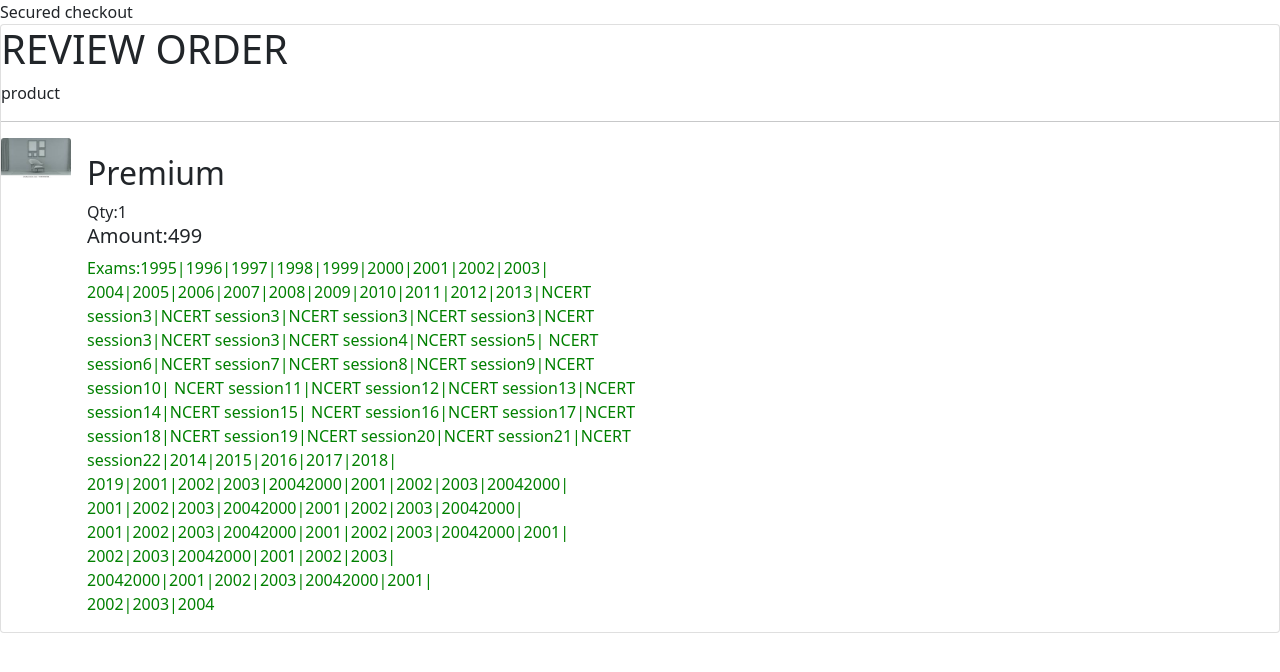
Repository: sreech465/e-prathibha
Page: /checkouts
An editor plug-in stored every save of this project. The page is shown before and after the next save, followed by the edit.
The browser window is 1280 px wide. The pictures show the whole page.
The project was rebuilt for these pictures with package versions that can differ from the ones it lists, and the page was loaded fresh each time. Also part of the build but not shown: src/Redux/Actions.js, src/Components/Register.js, src/Components/Verify.js, src/Components/Header.js, src/Components/Login.js, src/Components/Popup.css, src/Components/Popup.js, src/Components/WritExam.css and 9 more.

Above is the page before, as saved 2022-10-18 18:53:01.

After the next save:
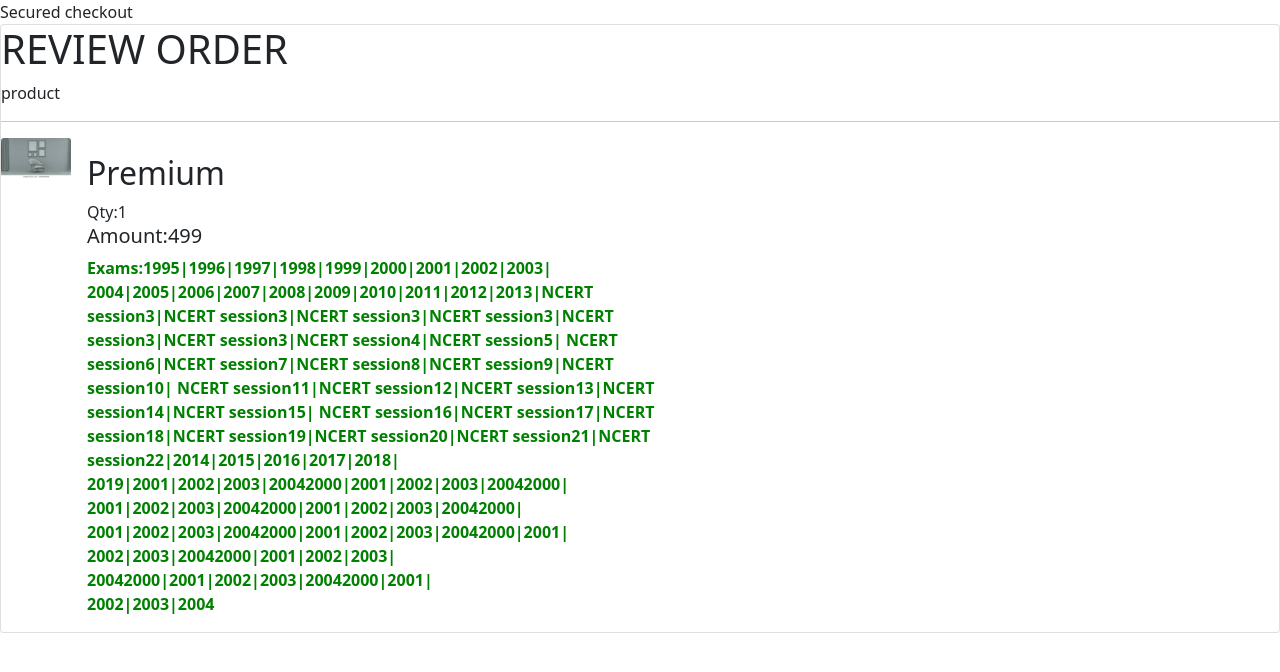
Saved 59 s later.
--- a/src/Components/Checkouts.js
+++ b/src/Components/Checkouts.js
@@ -20,7 +20,7 @@
             <h2>Premium</h2>
             <div>Qty:1</div>
             <h5>Amount:499</h5>
-            <div style={{ color: "green" }}>
+            <div style={{ color: "green", fontWeight: "bold" }}>
               Exams:1995|1996|1997|1998|1999|2000|2001|2002|2003|
               <br />
               2004|2005|2006|2007|2008|2009|2010|2011|2012|2013|NCERT
